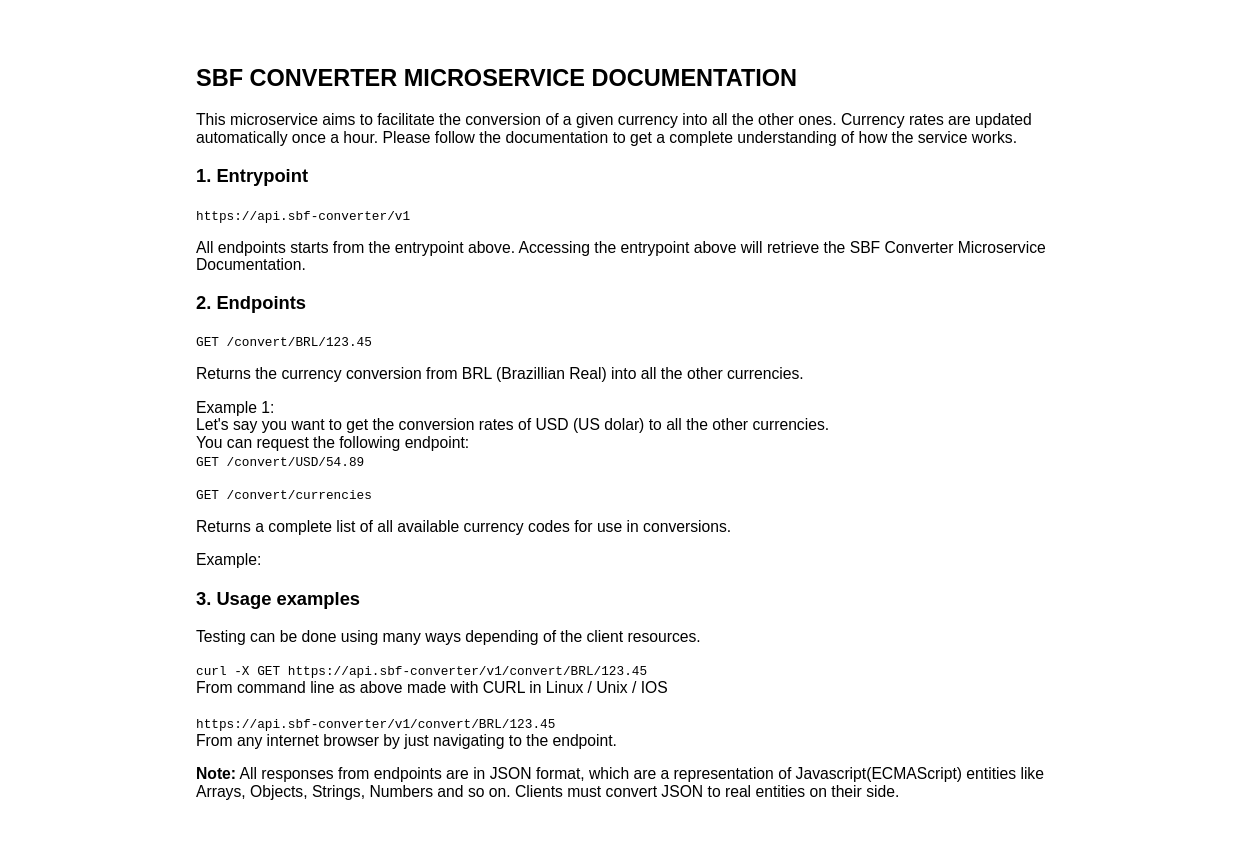
Repository: miguelamello/nestjs-restful-api
Page: documentation.html
These files come from the project's save history. The page is drawn as it stood at one moment and after a run of saves; the edit follows.
The browser window is 1280 px wide. The pictures show the whole page, at 98% of full size.

Above is the page before, as saved 2023-03-21 22:35:25.

After the next 2 saves:
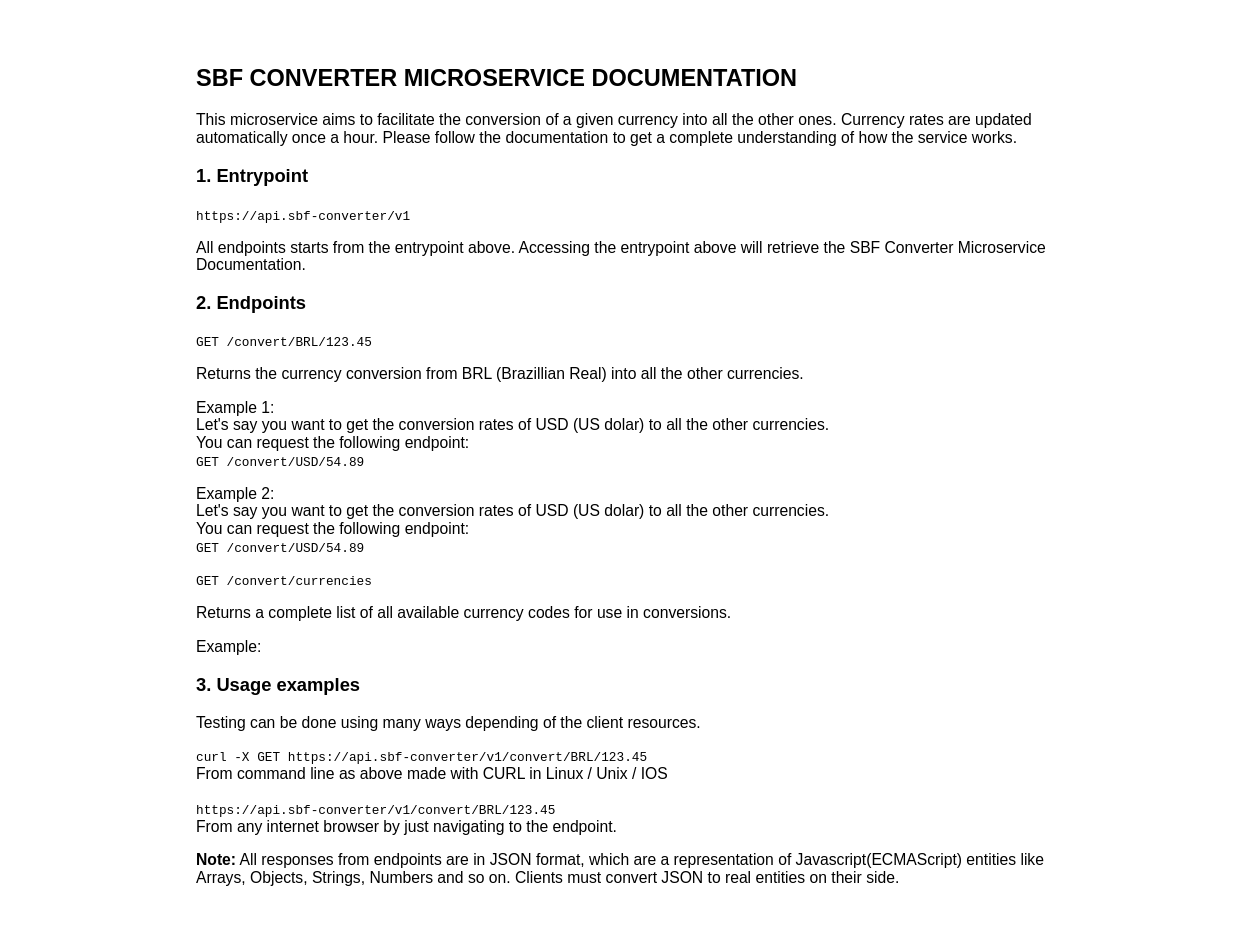
The 2 saves are shown as one change because they came seconds apart.
The last was saved 41 s later.
--- a/documentation.html
+++ b/documentation.html
@@ -38,6 +38,13 @@
       <div>You can request the following endpoint:</div>
       <code>GET /convert/USD/54.89</code>
     </p>
+
+    <p>
+      <div>Example 2:</div>
+      <div>Let's say you want to get the conversion rates of USD (US dolar) to all the other currencies.</div>
+      <div>You can request the following endpoint:</div>
+      <code>GET /convert/USD/54.89</code>
+    </p>
   </p>
 
   <p>
